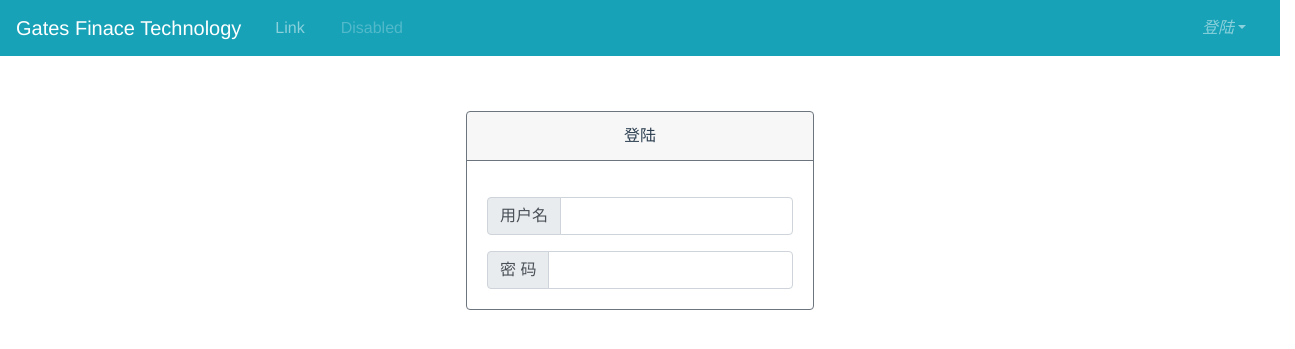
Repository: sqsssq/GatesFinace
Page: /login (app in webview/)
The author's editor kept a copy of each file at every save. The page is drawn from the files as they stood at one save, then again after the next save.
The browser window is 1280 px wide. The page is 1295 px wide, so the pictures cover 1295 px, including what lies to the right of the window. The pictures show the whole page.
The project was rebuilt for these pictures with package versions that can differ from the ones it lists, and the page was loaded fresh each time. Also part of the build but not shown: webview/src/components/HelloWorld.vue, webview/src/views/Home.vue, webview/src/components/gatesCarousel.vue, webview/src/views/main.vue.

Above is the page before, as saved 2020-11-03 16:59:21.

After the next save:
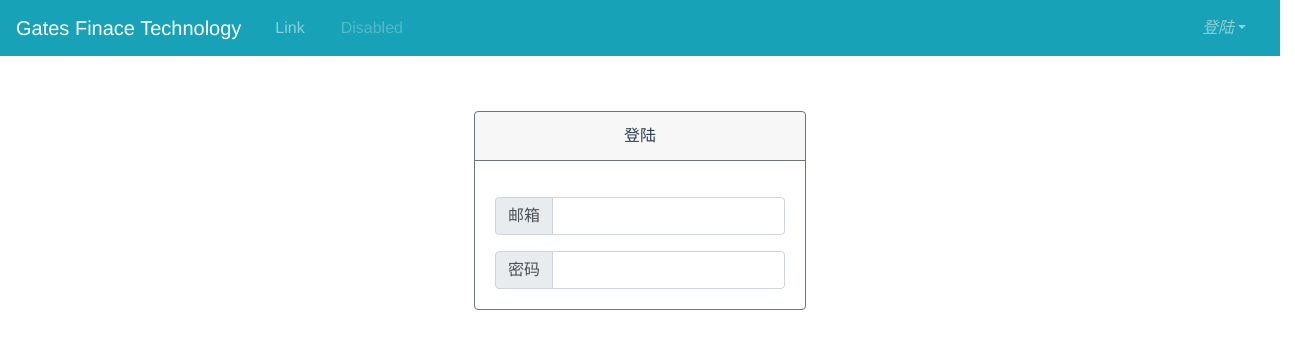
Saved 20 s later.
--- a/webview/src/components/gatesLogin.vue
+++ b/webview/src/components/gatesLogin.vue
@@ -16,13 +16,13 @@
     >
       <!-- <b-card-text>Lorem ipsum dolor sit amet, consectetur adipiscing elit.</b-card-text> -->
       <b-input-group
-        prepend="用户名"
+        prepend="邮箱"
         class="mt-3"
       >
         <b-form-input></b-form-input>
       </b-input-group>
       <b-input-group
-        prepend="密  码"
+        prepend="密码"
         class="mt-3"
       >
         <b-form-input></b-form-input>
